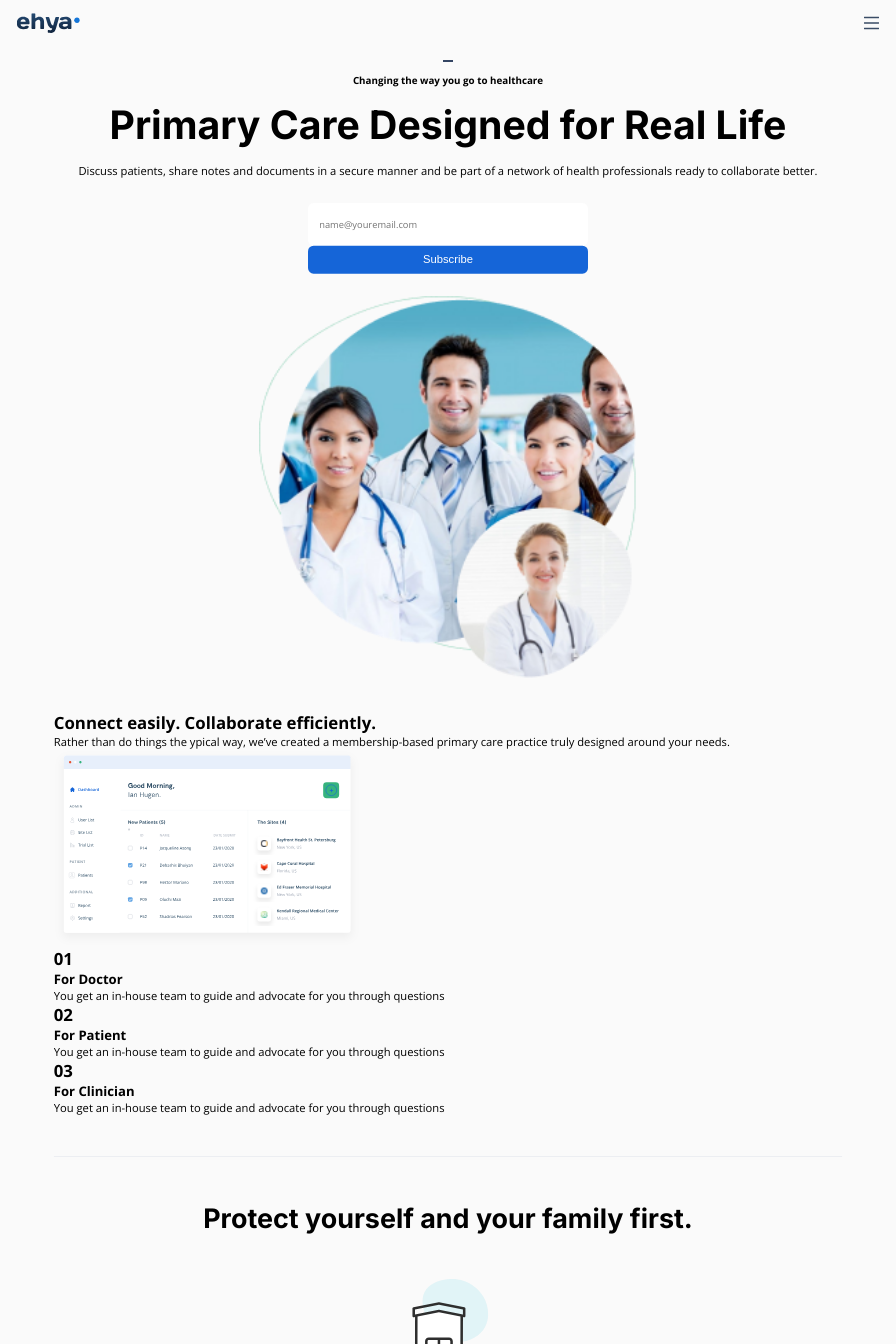
Repository: Esttevo/prova-html-css
Page: index.html
The author's editor kept a copy of each file at every save. The page is drawn from the files as they stood at one save, then again after the next save.
The browser window is 1280 px wide. The pictures show the part of the page from y = 0 to 1920 px (the page is 6747 px tall), at 70% of full size.
A picture or video elsewhere on the page could not be fetched, so the positions and the page height are approximate.

Above is the page before, as saved 2026-09-01 14:55:54.

After the next save:
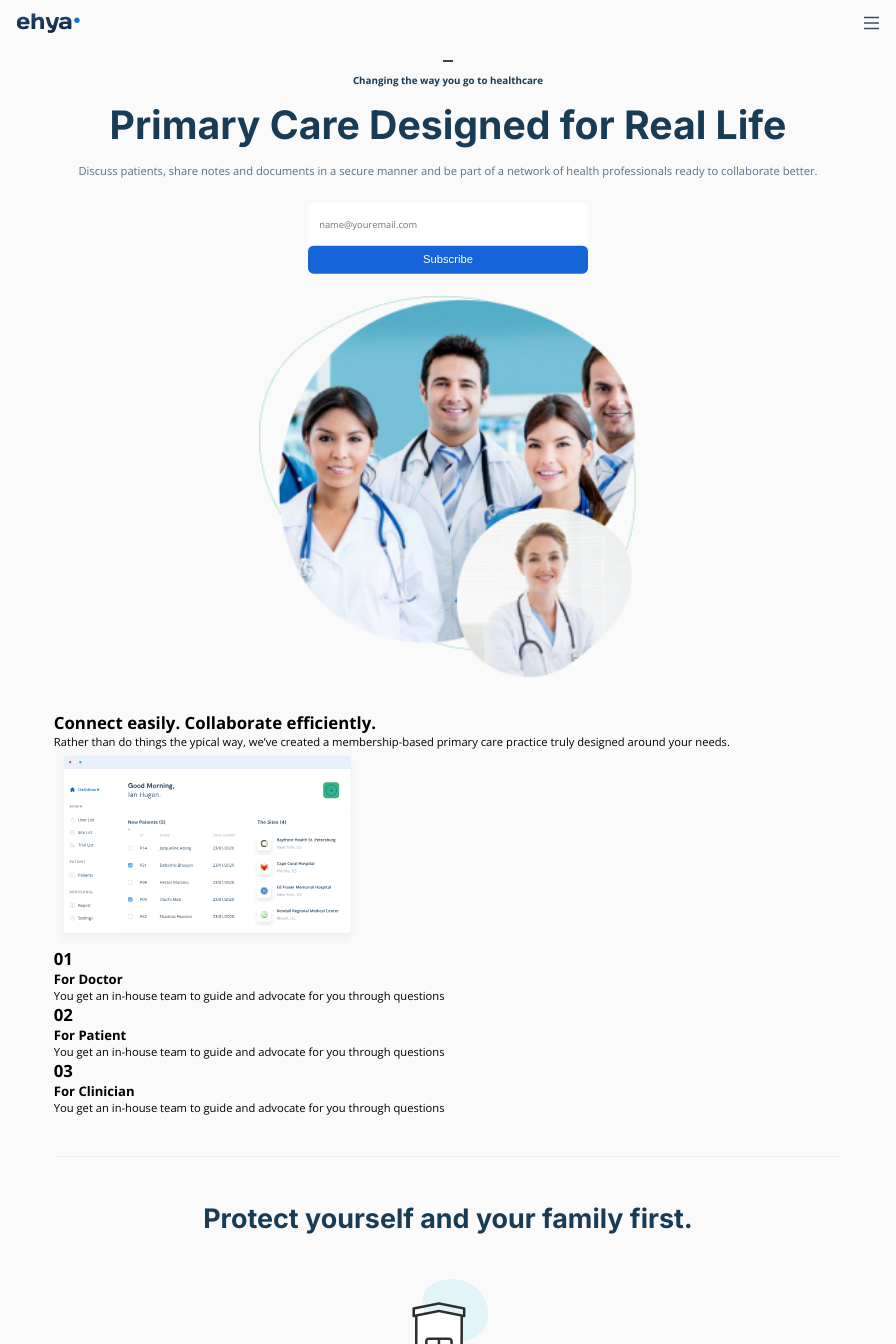
Saved 13 s later.
--- a/style.css
+++ b/style.css
@@ -7,9 +7,9 @@
 
     --primary-color: #1565D8;
 
-    --primary-ti-font-color: #183B56;
-
-    --primary-subti-font-color: #5A7184;
+    --primary-tittle-font-color: #183B56;
+
+    --primary-subtittle-font-color: #5A7184;
 
     --primary-font-family: "Open Sans", sans-serif;
     --secundary-font-family: "Inter", sans-serif;

After the save that followed:
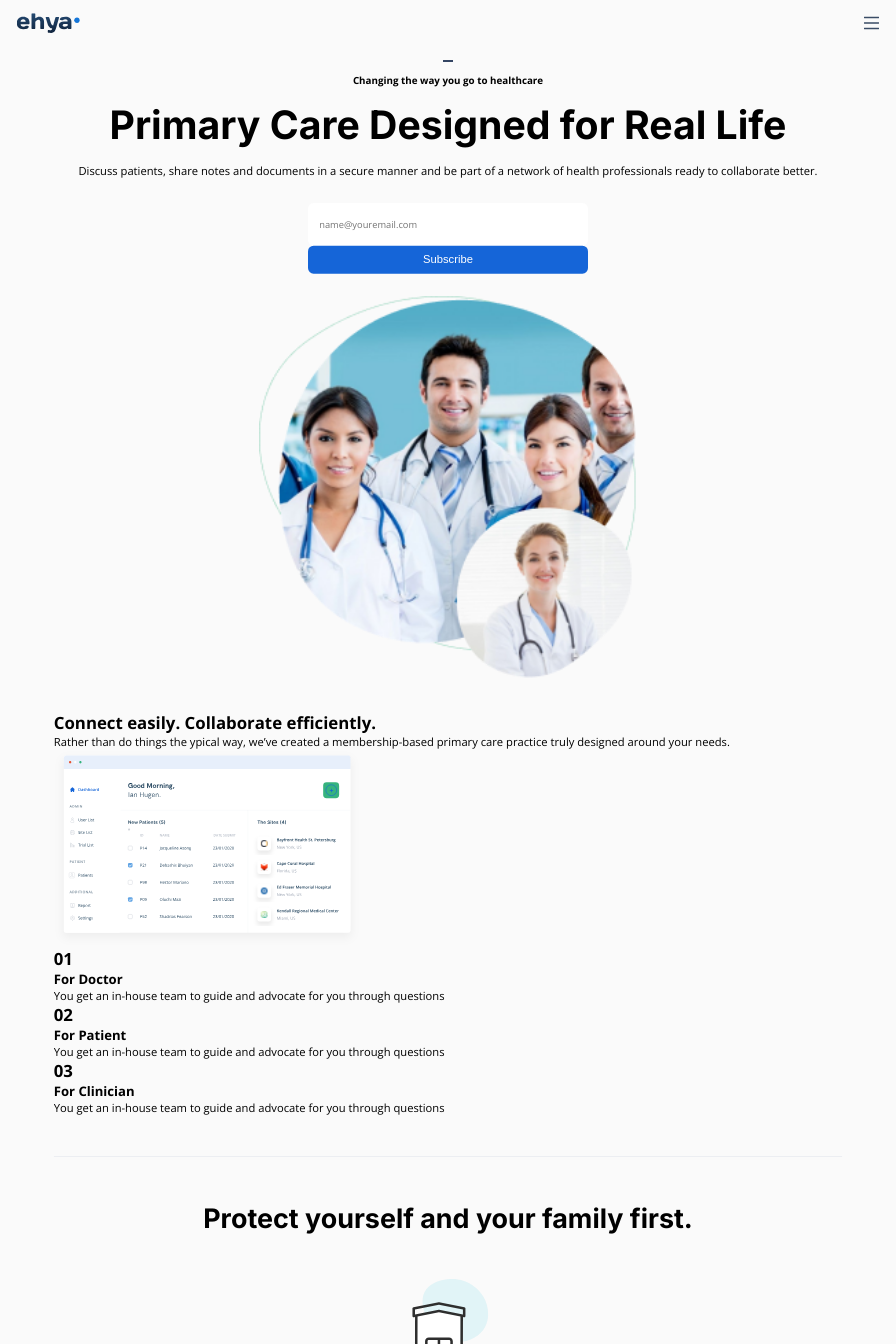
Saved 13 s later.
--- a/style.css
+++ b/style.css
@@ -7,9 +7,9 @@
 
     --primary-color: #1565D8;
 
-    --primary-tittle-font-color: #183B56;
-
-    --primary-subtittle-font-color: #5A7184;
+    --primary-title-font-color: #183B56;
+
+    --primary-subtitle-font-color: #5A7184;
 
     --primary-font-family: "Open Sans", sans-serif;
     --secundary-font-family: "Inter", sans-serif;
